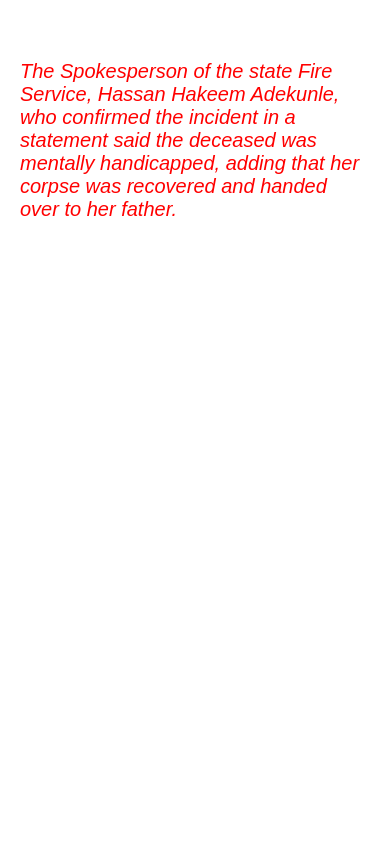
Repository: akinmiday/ReactNativeApp
Screen: /
An editor plug-in stored every save of this project. The screen is shown before and after the next save, followed by the edit.
The app was drawn by React Native's web renderer in a window 390 px wide. The project was rebuilt for these pictures with package versions that can differ from the ones it lists, and the page was loaded fresh each time.

Above is the screen before, as saved 2023-08-06 15:57:41.

### App.js
import { View, Text } from "react-native";
import styles from "./styles";
import { useState } from "react";

export default function App() {
  const { container, text } = styles;

  return (
    <View style={container}>
      <Text style={text}>
        The Spokesperson of the state Fire Service, Hassan Hakeem Adekunle, who
        confirmed the incident in a statement said the deceased was mentally
        handicapped, adding that her corpse was recovered and handed over to her
        father.
      </Text>
    </View>
  );
}

### styles.js
import { StyleSheet } from "react-native";

const styles = StyleSheet.create({
  container: {
    marginTop: 40,
    padding: 20,
    backgroundColor: "#fff",
    flex: 1,
  },
  input: {
    backgroundColor: "pink",
    marginTop: 20,
    padding: 20,
    marginTop: 20,
    marginBottom: 20,
  },
  text: {
    color: "red",
    fontSize: 20,
    fontFamily: "Arial",
    fontStyle: "italic",
  },
  button: {
    backgroundColor: "yellow",
    padding: 15,
    alignItems: "center",
    width: "50%",
    alignSelf: "center",
    borderWidth: 5,
    borderColor: "green",
    marginTop: 20,
  },
  item: {
    backgroundColor: "yellow",
    padding: 20,
    marginVertical: 5,
  },
  header: {
    fontSize: 15,
  },
  title: {
    fontSize: 10,
  },
});

export default styles;

After the next save:
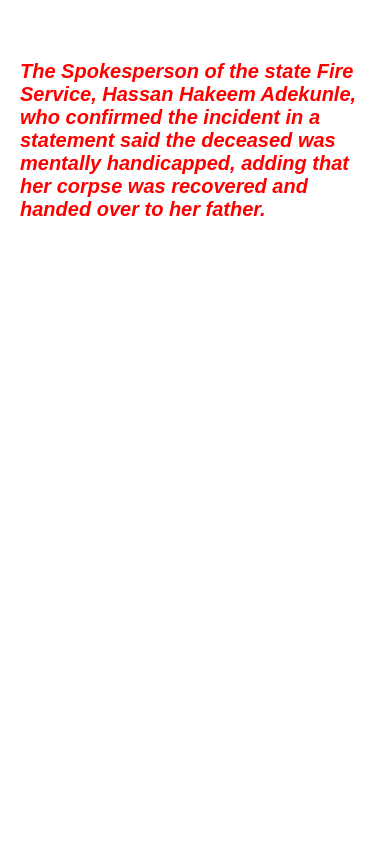
Saved 14 s later.
--- a/styles.js
+++ b/styles.js
@@ -19,6 +19,7 @@
     fontSize: 20,
     fontFamily: "Arial",
     fontStyle: "italic",
+    fontWeight: "900",
   },
   button: {
     backgroundColor: "yellow",

After the save that followed:
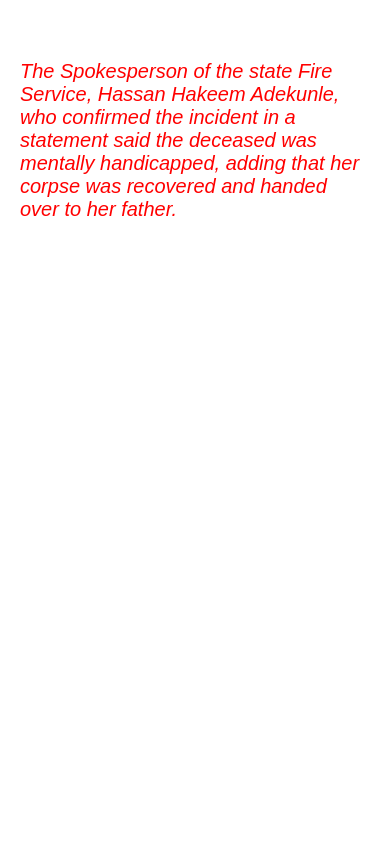
Saved 15 s later.
--- a/styles.js
+++ b/styles.js
@@ -19,7 +19,7 @@
     fontSize: 20,
     fontFamily: "Arial",
     fontStyle: "italic",
-    fontWeight: "900",
+    fontWeight: "normal",
   },
   button: {
     backgroundColor: "yellow",
